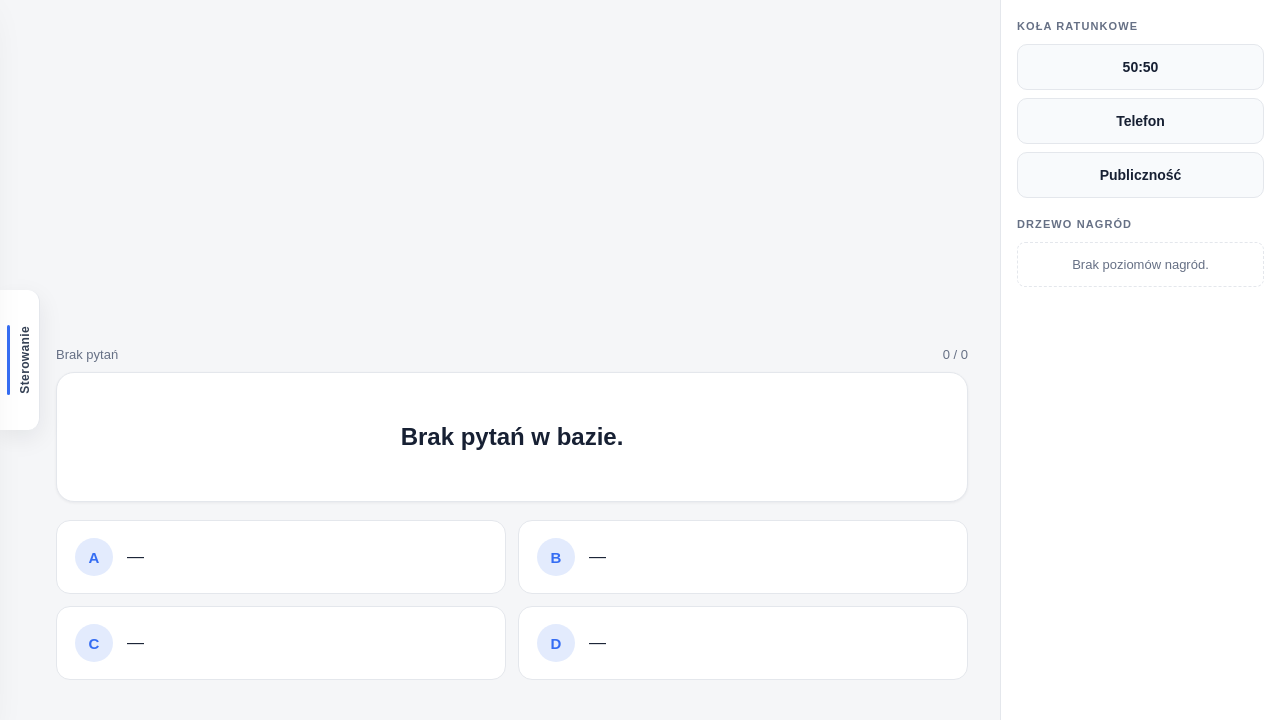
Repository: WaleonGames/HTGMilionerzy
Page: views/game.html
An editor plug-in stored every save of this project. The page is shown before and after the next save, followed by the edit.
The browser window is 1280 px wide. The pictures show the whole page.

Above is the page before, as saved 2026-09-05 21:36:49.

After the next save:
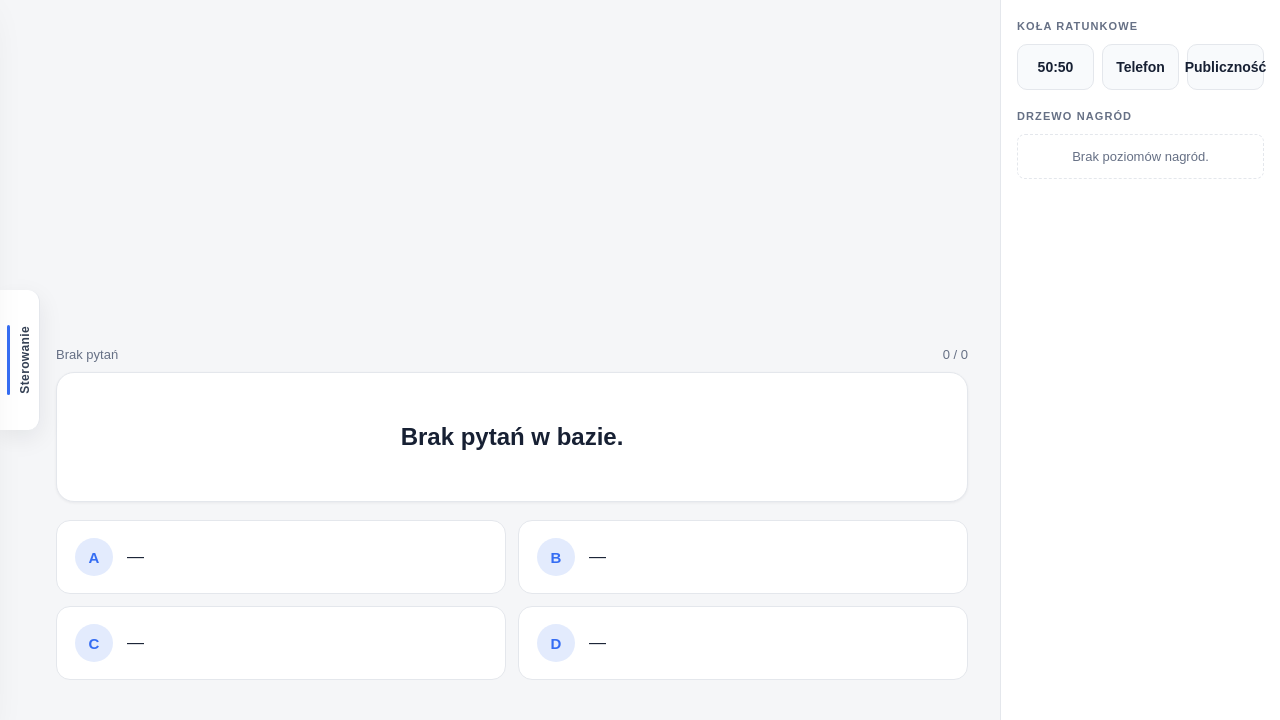
Saved 13 h 25 min later.
--- a/public/css/game.css
+++ b/public/css/game.css
@@ -287,7 +287,7 @@ button{
 
 .game-lifelines{
   display:grid;
-  grid-template-columns:1fr;
+  grid-template-columns:repeat(3,minmax(0,1fr));
   gap:8px;
 }
 
